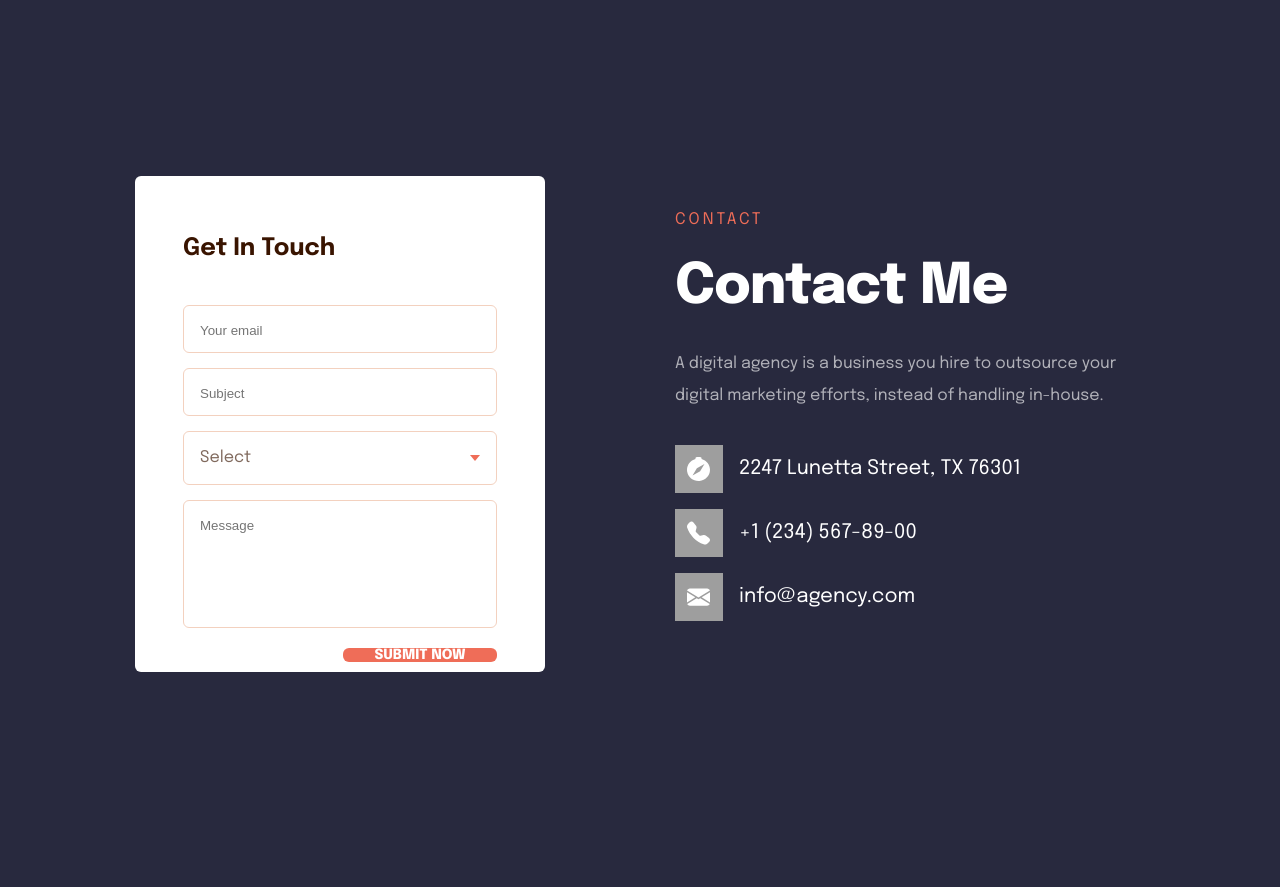
Repository: NatiqSamiyev/form-task-2
Page: index.html
The author's editor kept a copy of each file at every save. The page is drawn from the files as they stood at one save, then again after the next save.
The browser window is 1280 px wide. The pictures show the whole page.
Pictures or frames that could not be fetched are drawn as grey boxes. Some web fonts or font styles are not loaded; a fallback is used.

Above is the page before, as saved 2023-10-26 11:47:33.

After the next save:
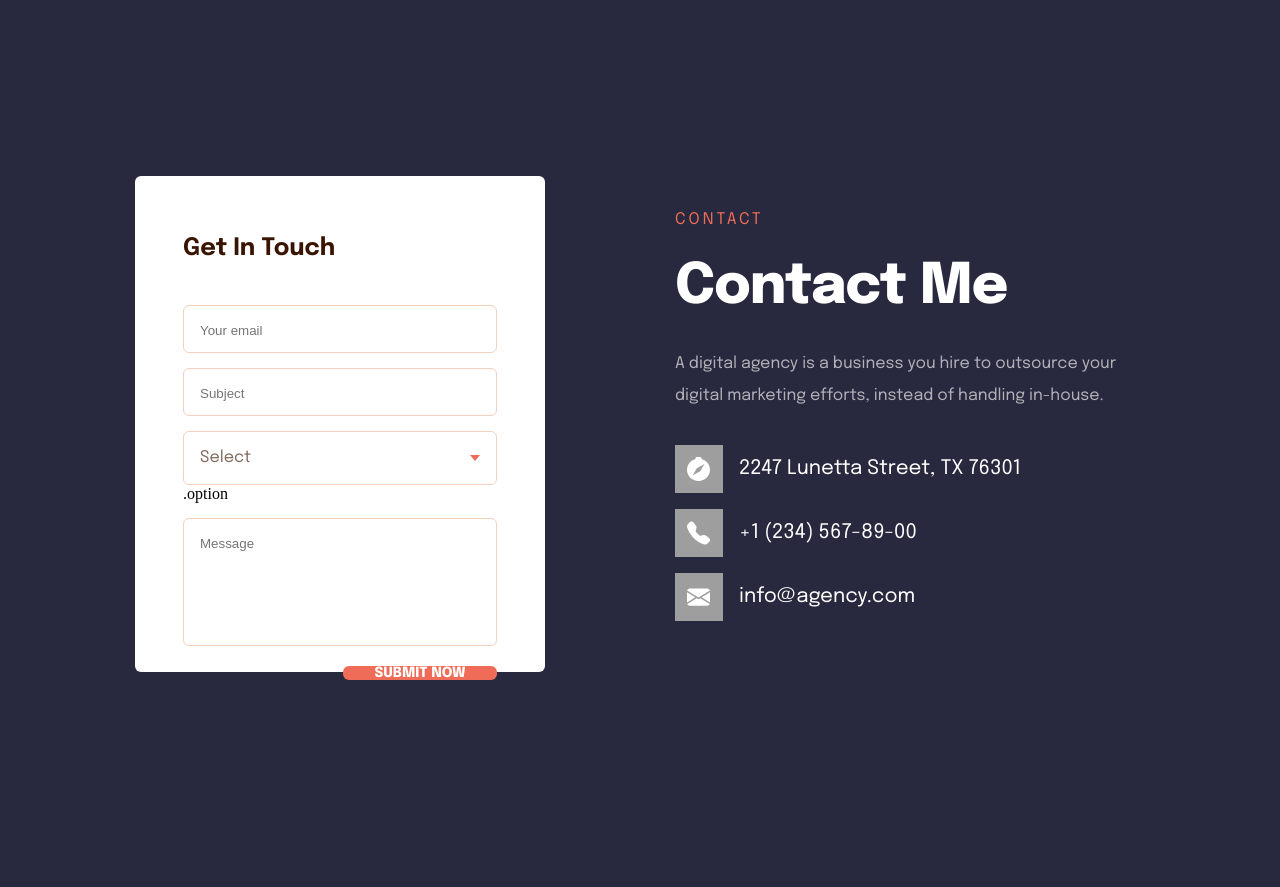
Saved 5 s later.
--- a/index.html
+++ b/index.html
@@ -24,7 +24,7 @@
               <path d="M5 6L10 0H0L5 6Z" fill="#EF6D58"/>
             </svg>
           </div>
-
+  .option
         </div>
 
         <label for="">
